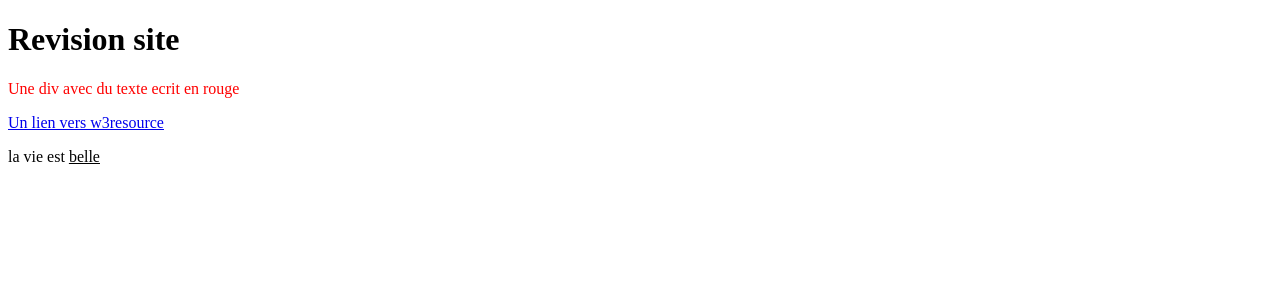
Repository: Elie-Dey/boot-start
Page: index.html
The author's editor kept a copy of each file at every save. The page is drawn from the files as they stood at one save, then again after the next save.
The browser window is 1280 px wide. The pictures show the whole page.

Above is the page before, as saved 2021-08-18 23:07:37.

After the next save:
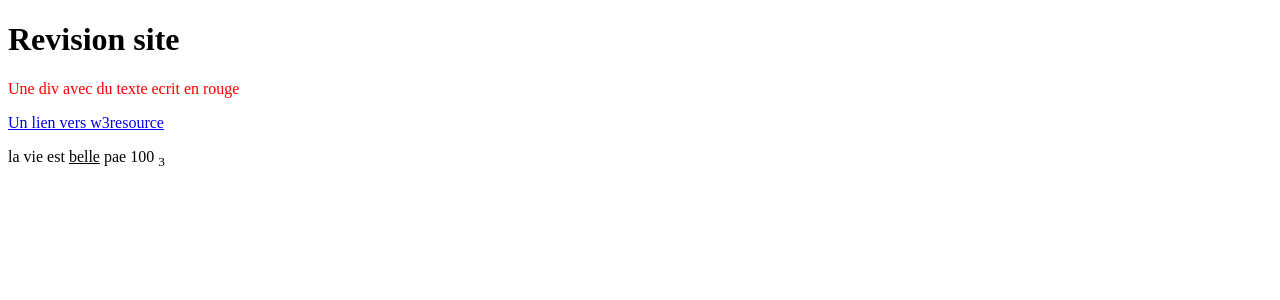
Saved 26 s later.
--- a/index.html
+++ b/index.html
@@ -13,6 +13,6 @@
 <a href="https://www.w3resource.com/html5/article-tutorial.php"> Un lien vers w3resource</a>
 
 
-<p>la vie est <ins>belle</ins></p>
+<p>la vie est <ins>belle</ins> pae 100 <sub>3</sub></p>
 </body>
 </html>
